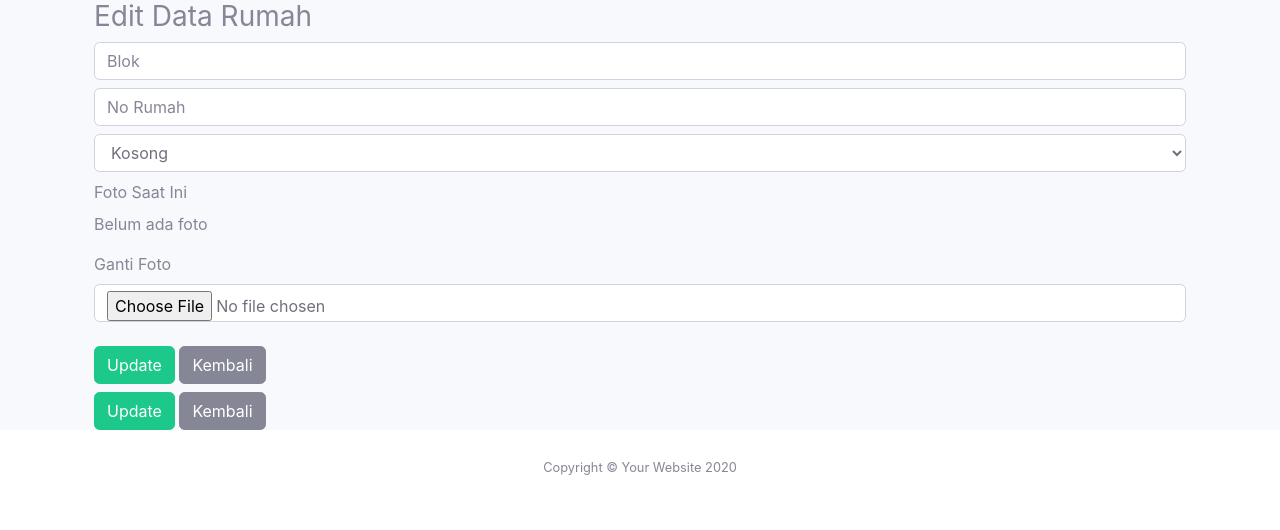
Repository: ryanmlnaa/project-ta
Page: resources/views/admin/penghuni/edit.blade.php
The author's editor kept a copy of each file at every save. The page is drawn from the files as they stood at one save, then again after the next save.
The browser window is 1280 px wide. The pictures show the whole page.
The page is served by the project's Laravel application, run on PHP 8.4 with Laravel 12. Other server files are loaded and not shown. The template is opened directly, without the code that normally fills it, so the values that code supplies are empty.

Above is the page before, as saved 2026-03-31 17:12:02.

### routes/web.php
<?php

use Illuminate\Support\Facades\Route;
use App\Http\Controllers\AuthController;
use App\Http\Controllers\PenghuniController;
use App\Http\Controllers\IuranController;
use App\Http\Controllers\LayananController;
use App\Http\Controllers\UserController;
/*
|--------------------------------------------------------------------------
| AUTH
|--------------------------------------------------------------------------
*/

Route::get('/', function () {
    return redirect('/login');
});

// LOGIN
Route::get('/login', [AuthController::class, 'login'])->name('login');
Route::post('/login', [AuthController::class, 'prosesLogin'])->name('login.proses');

// REGISTER (USER)
Route::get('/register', [AuthController::class, 'register'])->name('register');
Route::post('/register', [AuthController::class, 'prosesRegister'])->name('register.proses');

// LOGOUT
Route::post('/logout', [AuthController::class, 'logout'])->name('logout');


/*
|--------------------------------------------------------------------------
| ADMIN
|--------------------------------------------------------------------------
*/

Route::middleware(['auth'])->prefix('admin')->group(function () {

    Route::get('/dashboard', function () {
        return view('admin.dashboard');
    })->name('admin.dashboard');

    // PENGHUNI
    Route::get('/penghuni', [PenghuniController::class, 'index'])->name('penghuni.index');
    Route::get('/penghuni/create', [PenghuniController::class, 'create'])->name('penghuni.create');
    Route::post('/penghuni/store', [PenghuniController::class, 'store'])->name('penghuni.store');
    Route::get('/penghuni/edit/{id}', [PenghuniController::class, 'edit'])->name('penghuni.edit');
    Route::put('/penghuni/update/{id}', [PenghuniController::class, 'update'])->name('penghuni.update');
    Route::get('/penghuni/delete/{id}', [PenghuniController::class, 'destroy'])->name('penghuni.delete');

    Route::post('/rumah/store', [PenghuniController::class, 'storeRumah'])->name('rumah.store');
    Route::resource('penghuni', PenghuniController::class);
    Route::get('/rumah/{id}/edit', [PenghuniController::class, 'editRumah'])->name('rumah.edit');
    Route::put('/rumah/{id}', [PenghuniController::class, 'updateRumah'])->name('rumah.update');
    Route::delete('/rumah/{id}', [PenghuniController::class, 'destroyRumah'])->name('rumah.destroy');

    // IURAN
    Route::get('/iuran', [IuranController::class, 'index'])->name('iuran.index');
    Route::get('/iuran/create', [IuranController::class, 'create'])->name('iuran.create');
    Route::post('/iuran/store', [IuranController::class, 'store'])->name('iuran.store');
    Route::get('/iuran/edit/{id}', [IuranController::class, 'edit'])->name('iuran.edit');
    Route::put('/iuran/update/{id}', [IuranController::class, 'update'])->name('iuran.update');
    Route::delete('/iuran/delete/{id}', [IuranController::class, 'destroy'])->name('iuran.delete');

    // LAYANAN
    Route::get('/layanan', [LayananController::class, 'index'])->name('layanan.index');
    Route::post('/layanan/store', [LayananController::class, 'store'])->name('layanan.store');
    Route::put('/layanan/tanggapi/{id}', [LayananController::class, 'tanggapi'])->name('layanan.tanggapi');
    Route::delete('/layanan/delete/{id}', [LayananController::class, 'destroy'])->name('layanan.delete');

});


/*
|--------------------------------------------------------------------------
| USER
|--------------------------------------------------------------------------
*/

Route::middleware(['auth', 'role:user'])->prefix('user')->group(function () {

    Route::get('/', [UserController::class, 'index'])->name('user.home');

    Route::get('/profil', [UserController::class, 'profil'])->name('user.profil');
    Route::post('/profil/update', [UserController::class, 'updateProfil'])->name('user.profil.update');

    Route::get('/rumah', [UserController::class, 'rumah'])->name('user.rumah');
    Route::get('/user/pilih-rumah/{id}', [UserController::class, 'pilihRumah'])
    ->name('user.pilih.rumah');
    Route::post('/user/simpan-rumah', [UserController::class, 'simpanRumah'])
    ->name('user.simpan.rumah');
    Route::post('/user/simpan-penghuni', [UserController::class, 'simpanPenghuni'])
    ->name('user.simpan.penghuni');
    Route::post('/user/ambil-rumah', [UserController::class, 'ambilRumah'])
    ->name('user.ambil.rumah');

    Route::get('/iuran', [UserController::class, 'iuran'])->name('user.iuran');

    Route::get('/pengaduan', [UserController::class, 'pengaduan'])->name('user.pengaduan');
    Route::post('/pengaduan/store', [UserController::class, 'storePengaduan'])->name('user.pengaduan.store');

    Route::get('/pengumuman', [UserController::class, 'pengumuman'])->name('user.pengumuman');
});

### resources/views/admin/penghuni/edit.blade.php
@extends('layouts.app')

@section('content')
<div class="container">

@php
    $isEditPenghuni = isset($penghuni) && $penghuni && isset($penghuni->id);
    $isEditRumah = isset($rumah) && is_object($rumah);
@endphp

{{-- JUDUL --}}
@if($isEditPenghuni)
    <h3>Edit Data Penghuni</h3>
@elseif($isEditRumah)
    <h3>Edit Data Rumah</h3>
@endif

{{-- ERROR --}}
@if ($errors->any())
    <div class="alert alert-danger">
        <ul>
            @foreach ($errors->all() as $error)
                <li>{{ $error }}</li>
            @endforeach
        </ul>
    </div>
@endif

{{-- FORM --}}
@if($isEditPenghuni)
    <form action="{{ route('penghuni.update', $penghuni->id) }}" method="POST">
@elseif($isEditRumah)
    <form action="{{ route('rumah.update', $rumah->id) }}" method="POST">
@endif

@csrf
@method('PUT')

{{-- ========================= --}}
{{-- PENGHUNI --}}
{{-- ========================= --}}
@if($isEditPenghuni)

    <input type="text" name="nama" class="form-control mb-2"
        value="{{ old('nama', $penghuni->nama) }}" placeholder="Nama">

    <input type="text" name="no_ktp" class="form-control mb-2"
        value="{{ old('no_ktp', $penghuni->no_ktp) }}" placeholder="KTP">

    <input type="email" name="email" class="form-control mb-2"
        value="{{ old('email', $penghuni->email) }}" placeholder="Email">

    <input type="text" name="alamat" class="form-control mb-2"
        value="{{ old('alamat', $penghuni->alamat) }}" placeholder="Alamat">

    {{-- PILIH RUMAH --}}
    <select name="rumah_id" class="form-control mb-2">
        <option value="">-- Pilih Rumah --</option>
        @foreach($rumahList as $r)
            <option value="{{ $r->id }}"
                {{ $penghuni->rumah_id == $r->id ? 'selected' : '' }}>
                {{ $r->blok }} - {{ $r->no_rumah }}
            </option>
        @endforeach
    </select>

{{-- ========================= --}}
{{-- RUMAH --}}
{{-- ========================= --}}
@elseif($isEditRumah)

    <form action="{{ route('rumah.update', $rumah->id) }}" method="POST" enctype="multipart/form-data">
    @csrf
    @method('PUT')

    <input type="text" name="blok" class="form-control mb-2"
        value="{{ old('blok', $rumah->blok) }}" placeholder="Blok">

    <input type="text" name="no_rumah" class="form-control mb-2"
        value="{{ old('no_rumah', $rumah->no_rumah) }}" placeholder="No Rumah">

    <select name="status" class="form-control mb-2">
        <option value="Kosong" {{ $rumah->status == 'Kosong' ? 'selected' : '' }}>Kosong</option>
        <option value="Terisi" {{ $rumah->status == 'Terisi' ? 'selected' : '' }}>Terisi</option>
    </select>

    {{-- 🔥 FOTO LAMA --}}
    <div class="mb-2">
        <label>Foto Saat Ini</label><br>

        @if($rumah->foto)
            <img src="{{ url('foto_rumah/'.$rumah->foto) }}"
                 style="max-height:120px;" class="rounded mb-2">
        @else
            <p class="text-muted">Belum ada foto</p>
        @endif
    </div>

    {{-- 🔥 INPUT FOTO BARU --}}
    <div class="mb-2">
        <label>Ganti Foto</label>
        <input type="file" name="foto" class="form-control" id="fotoEdit">
    </div>

    {{-- 🔥 PREVIEW FOTO BARU --}}
    <div class="text-center">
        <img id="previewEdit" style="max-height:120px; display:none;" class="rounded">
    </div>

    <button class="btn btn-success mt-3">Update</button>
    <a href="{{ route('penghuni.index') }}" class="btn btn-secondary mt-3">Kembali</a>

</form>

@endif

<button class="btn btn-success mt-2">Update</button>
<a href="{{ route('penghuni.index') }}" class="btn btn-secondary mt-2">Kembali</a>

</form>
</div>
@endsection

### resources/views/layouts/app.blade.php
<!DOCTYPE html>
<html lang="en">

<head>

    <meta charset="utf-8">
    <meta http-equiv="X-UA-Compatible" content="IE=edge">
    <meta name="viewport" content="width=device-width, initial-scale=1, shrink-to-fit=no">
    <meta name="description" content="">
    <meta name="author" content="">

    <title>Green View</title>

    <!-- Custom fonts for this template-->
    <link href="{{ asset('/') }}sbadmin2/vendor/fontawesome-free/css/all.min.css" rel="stylesheet" type="text/css">
    <link
        href="{{ asset('/') }}sbadmin2/https://fonts.googleapis.com/css?family=Nunito:200,200i,300,300i,400,400i,600,600i,700,700i,800,800i,900,900i"
        rel="stylesheet">

    <!-- Custom styles for this template-->
    <link href="{{ asset('/') }}sbadmin2/css/sb-admin-2.min.css" rel="stylesheet">

    <style>
        .navbar-nav .nav-link {
             transition: 0.3s;
                }

                .navbar-nav .nav-link:hover {
                    color: #198754 !important;
                    transform: translateY(-2px);
        }

                .kavling-grid {
            display: grid;
            grid-template-columns: repeat(10, 1fr);
            gap: 10px;
        }

        .kavling {
            padding: 15px;
            text-align: center;
            border-radius: 8px;
            font-weight: bold;
            color: white;
            text-decoration: none;
        }

        .kosong {
            background: #28a745;
        }

        .kosong:hover {
            background: #218838;
        }

        .terisi {
            background: #dc3545;
            cursor: not-allowed;
        }

        .disabled {
            background: #ccc;
        }

        .kavling {
            padding: 15px;
            border-radius: 8px;
            text-align: center;
            font-weight: bold;
            color: white;
            cursor: pointer;
        }

        .kosong {
            background: #28a745;
        }

        .kosong:hover {
            background: #218838;
        }

        .terisi {
            background: #dc3545;
            cursor: not-allowed;
        }

    </style>

                </head>

                <body id="page-top">


                    <!-- Page Wrapper -->
                    <div id="wrapper">

                            @if(auth()->check())
                            @if(auth()->user()->role == 'admin')
                                @include('components.sidebar')
                            @endif
                        @endif

                        <!-- Content Wrapper -->
                        <div id="content-wrapper" class="d-flex flex-column">

                            <!-- Main Content -->
                            <div id="content">

                                <!-- Topbar -->
                                @if(auth()->check() && auth()->user()->role == 'user')
                <nav class="navbar navbar-expand-lg navbar-light bg-white shadow-sm mb-4">
                    <div class="container">

                        <a class="navbar-brand fw-bold text-success" href="{{ route('user.home') }}">
                            GREEN VIEW
                        </a>

                        <button class="navbar-toggler" type="button" data-toggle="collapse" data-target="#navbarUser">
                            <span class="navbar-toggler-icon"></span>
                        </button>

                        <div class="collapse navbar-collapse" id="navbarUser">
                            <ul class="navbar-nav mx-auto">

                                <li class="nav-item">
                                    <a class="nav-link {{ request()->routeIs('user.home') ? 'active text-primary fw-bold' : '' }}"
                                    href="{{ route('user.home') }}">
                                        <i class="fas fa-home"></i> Beranda
                                    </a>
                                </li>

                                <li class="nav-item">
                                    <a class="nav-link {{ request()->routeIs('user.rumah') ? 'active text-primary fw-bold' : '' }}"
                                    href="{{ route('user.rumah') }}">
                                        <i class="fas fa-building"></i> Rumah
                                    </a>
                                </li>

                                <li class="nav-item">
                                    <a class="nav-link {{ request()->routeIs('user.iuran') ? 'active text-primary fw-bold' : '' }}"
                                    href="{{ route('user.iuran') }}">
                                        <i class="fas fa-wallet"></i> Iuran
                                    </a>
                                </li>

                                <li class="nav-item">
                                    <a class="nav-link {{ request()->routeIs('user.pengaduan') ? 'active text-primary fw-bold' : '' }}"
                                    href="{{ route('user.pengaduan') }}">
                                        <i class="fas fa-comments"></i> Pengaduan
                                    </a>
                                </li>

                                <li class="nav-item">
                                    <a class="nav-link {{ request()->routeIs('user.pengumuman') ? 'active text-primary fw-bold' : '' }}"
                                    href="{{ route('user.pengumuman') }}">
                                        <i class="fas fa-bullhorn"></i> Pengumuman
                                    </a>
                                </li>

                            </ul>

                            <ul class="navbar-nav">
                                <li class="nav-item">
                                    <a class="nav-link" href="{{ route('user.profil') }}">
                                        <i class="fas fa-user-circle"></i>
                                    </a>
                                </li>

                                <li class="nav-item">
                                    <form action="{{ route('logout') }}" method="POST">
                                        @csrf
                                        <button class="btn btn-link nav-link">
                                            <i class="fas fa-sign-out-alt"></i>
                                        </button>
                                    </form>
                                </li>
                            </ul>

                        </div>
                    </div>
                </nav>
                @endif
                <!-- End of Topbar -->

                <!-- Begin Page Content -->
                @yield('content')
                <!-- /.container-fluid -->

            </div>
            <!-- End of Main Content -->

            <!-- Footer -->
            <x-footer />
            <!-- End of Footer -->

        </div>
        <!-- End of Content Wrapper -->

    </div>
    <!-- End of Page Wrapper -->

    <!-- Scroll to Top Button-->
    <a class="scroll-to-top rounded" href="#page-top">
        <i class="fas fa-angle-up"></i>
    </a>

    <!-- Logout Modal-->
    <div class="modal fade" id="logoutModal" tabindex="-1" role="dialog" aria-labelledby="exampleModalLabel"
        aria-hidden="true">
        <div class="modal-dialog" role="document">
            <div class="modal-content">
                <div class="modal-header">
                    <h5 class="modal-title" id="exampleModalLabel">Ready to Leave?</h5>
                    <button class="close" type="button" data-dismiss="modal" aria-label="Close">
                        <span aria-hidden="true">×</span>
                    </button>
                </div>
                <div class="modal-body">Select "Logout" below if you are ready to end your current session.</div>
                <div class="modal-footer">
                    <button class="btn btn-secondary" type="button" data-dismiss="modal">Cancel</button>
                    <a class="btn btn-primary" href="login.html">Logout</a>
                </div>
            </div>
        </div>
    </div>

    <!-- Bootstrap core JavaScript-->
    <script src="{{ asset('/') }}sbadmin2/vendor/jquery/jquery.min.js"></script>
    <script src="{{ asset('/') }}sbadmin2/vendor/bootstrap/js/bootstrap.bundle.min.js"></script>

    <!-- Core plugin JavaScript-->
    <script src="{{ asset('/') }}sbadmin2/vendor/jquery-easing/jquery.easing.min.js"></script>

    <!-- Custom scripts for all pages-->
    <script src="{{ asset('/') }}sbadmin2/js/sb-admin-2.min.js"></script>

    @yield('scripts')

</body>

</html>

<style>
.nav-link {
    transition: all 0.3s ease;
}

.nav-link:hover {
    transform: scale(1.1);
    color: #0d6efd !important;
}

.nav-link i {
    display: block;
    margin-bottom: 5px;
}
</style>

### resources/views/components/footer.blade.php
  <footer class="sticky-footer bg-white">
                <div class="container my-auto">
                    <div class="copyright text-center my-auto">
                        <span>Copyright &copy; Your Website 2020</span>
                    </div>
                </div>
            </footer>

Loaded but not shown: public/sbadmin2/css/sb-admin-2.min.css (library); public/sbadmin2/js/sb-admin-2.min.js (common file)

After the next save:
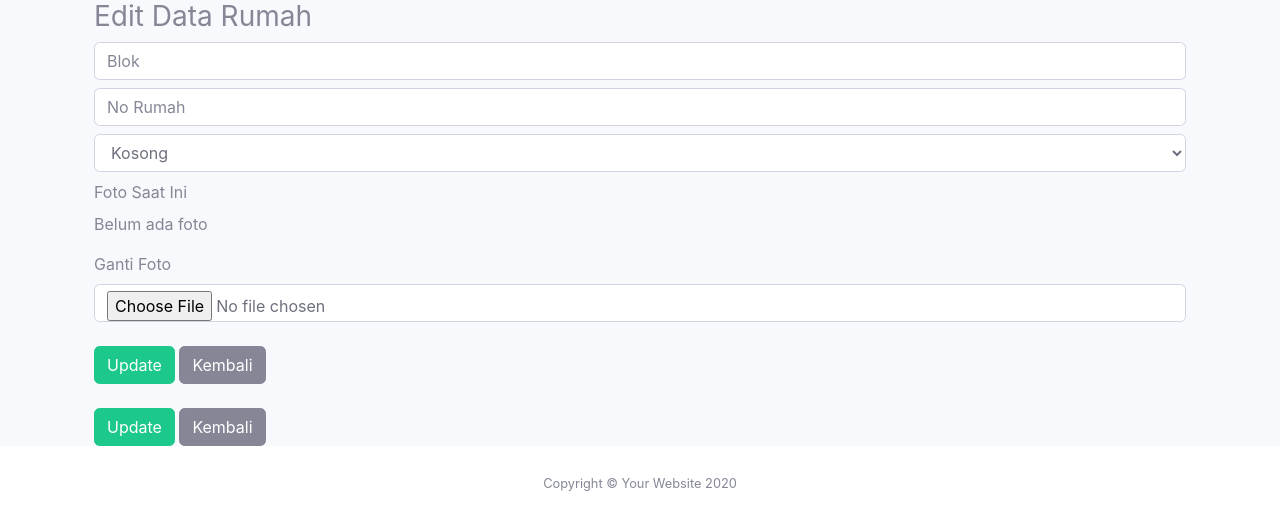
Console error: TypeError: Cannot read properties of null (reading 'addEventListener')
Saved 21 s later.
--- a/resources/views/admin/penghuni/edit.blade.php
+++ b/resources/views/admin/penghuni/edit.blade.php
@@ -120,3 +120,15 @@
 </form>
 </div>
 @endsection
+
+<script>
+document.getElementById('fotoEdit').addEventListener('change', function(e) {
+    const file = e.target.files[0];
+    const preview = document.getElementById('previewEdit');
+
+    if (file) {
+        preview.src = URL.createObjectURL(file);
+        preview.style.display = 'block';
+    }
+});
+</script>
